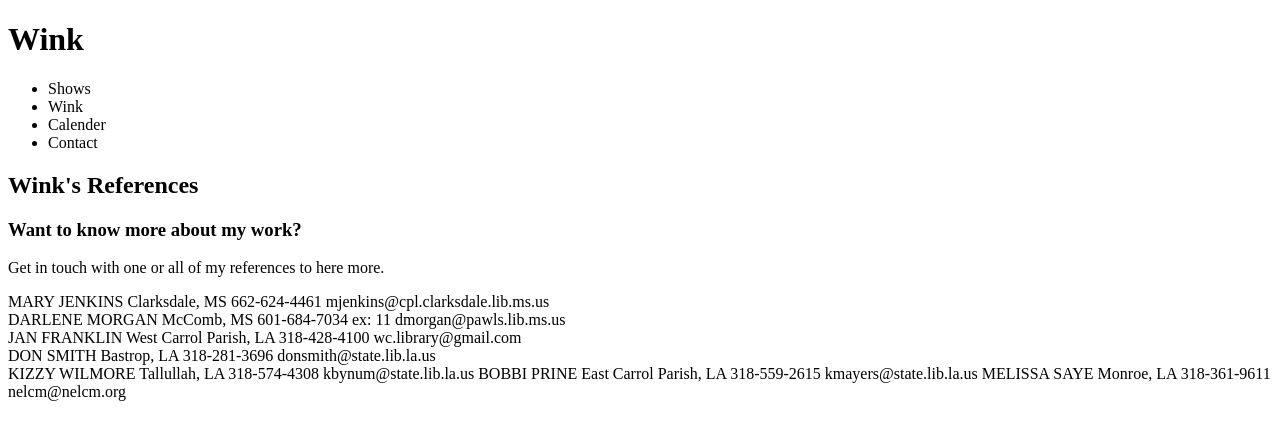
Repository: Sbethm/wink
Page: references.html
An editor plug-in stored every save of this project. The page is shown before and after the next save, followed by the edit.
The browser window is 1280 px wide. The pictures show the whole page.

Above is the page before, as saved 2021-09-08 14:32:41.

After the next save:
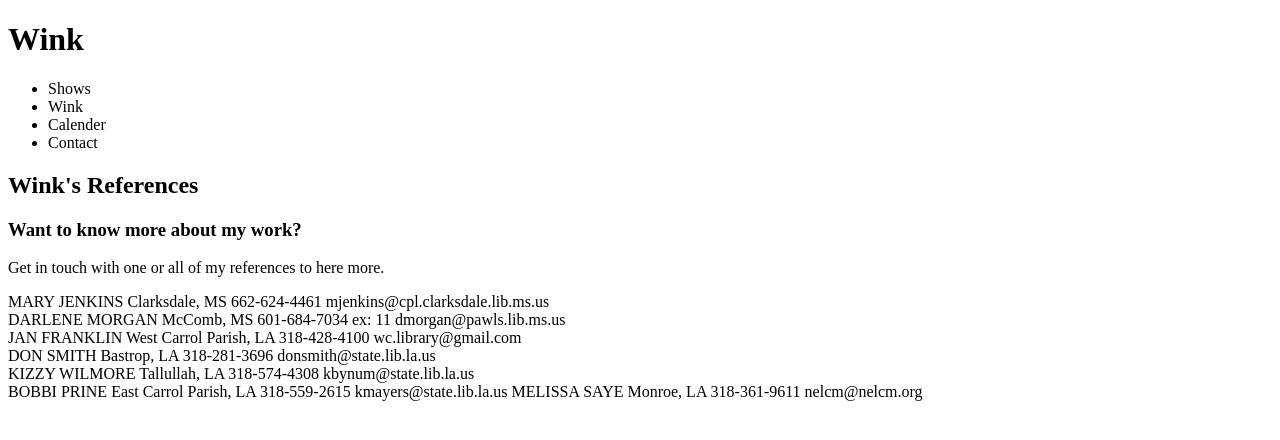
Saved 5 s later.
--- a/references.html
+++ b/references.html
@@ -34,15 +34,15 @@
 318-428-4100 wc.library@gmail.com</div>
                 <div class="flex--item--references">DON SMITH Bastrop, LA 318-281-3696
 donsmith@state.lib.la.us</div>
-                <div class="flex--item--references"></div>
+                <div class="flex--item--references">KIZZY WILMORE Tallullah, LA 318-574-4308
+kbynum@state.lib.la.us</div>
                 <div class="flex--item--references"></div>
                 <div class="flex--item--references"></div>
 
 
 
 
-KIZZY WILMORE Tallullah, LA 318-574-4308
-kbynum@state.lib.la.us
+
 BOBBI PRINE East Carrol Parish, LA 318-559-2615
 kmayers@state.lib.la.us
 MELISSA SAYE Monroe, LA 318-361-9611
